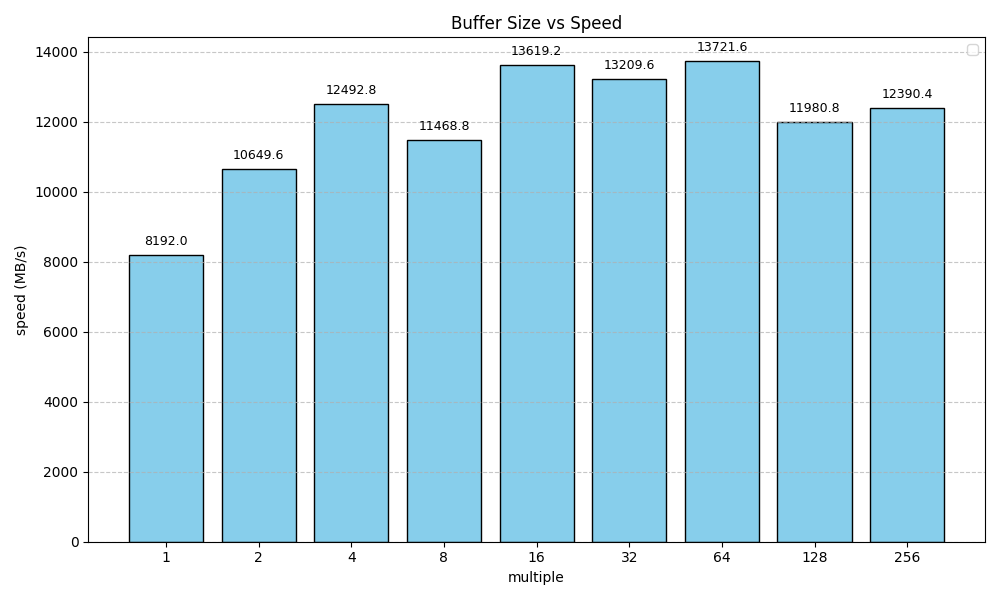
Repository: RUCICS/meowhw-zmjikk
Script's output: python plot_buffer_rates.py
These files come from the project's save history. The script's output is drawn as it stood at one moment and after the next save; the edit follows.
Random numbers start from a fixed seed.

Above is the script's output before, as saved 2025-06-18 14:52:04.

After the next save:
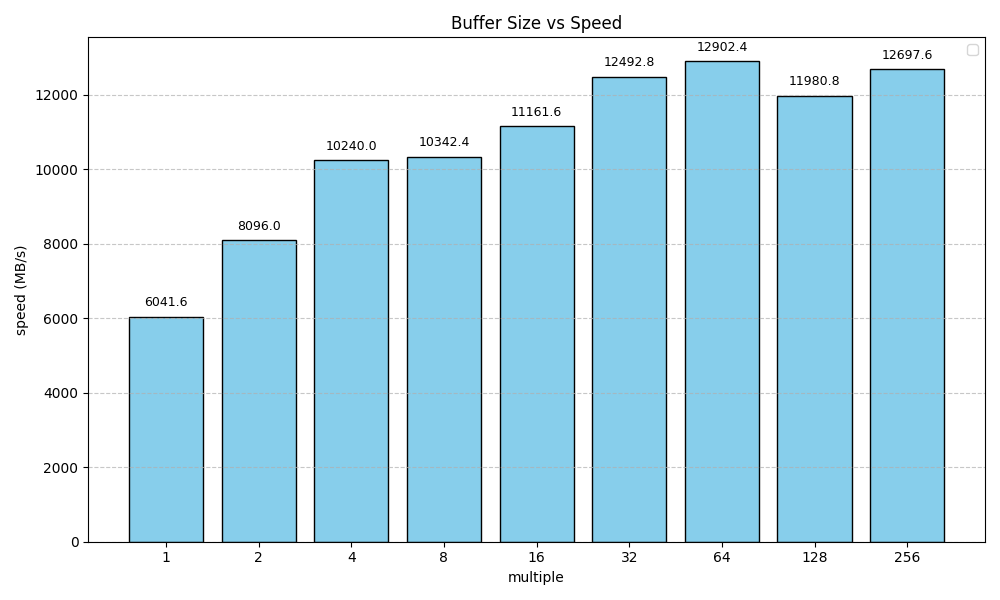
Saved 114 min 23 s later.
--- a/plot_buffer_rates.py
+++ b/plot_buffer_rates.py
@@ -4,7 +4,7 @@ import matplotlib.pyplot as plt
 # 测试数据
 multipliers = [1, 2, 4, 8, 16, 32, 64, 128, 256]
 buffer_sizes = [4096 * m for m in multipliers]
-speeds = [8192, 10649.6, 12492.8, 11468.8, 13619.2, 13209.6, 13721.6, 11980.8, 12390.4]
+speeds = np.array([6041.6, 8096.0, 10240.0, 10342.4, 11161.6, 12492.8, 12902.4, 11980.8, 12697.6])
 
 # 绘制柱状图
 plt.figure(figsize=(10, 6))
